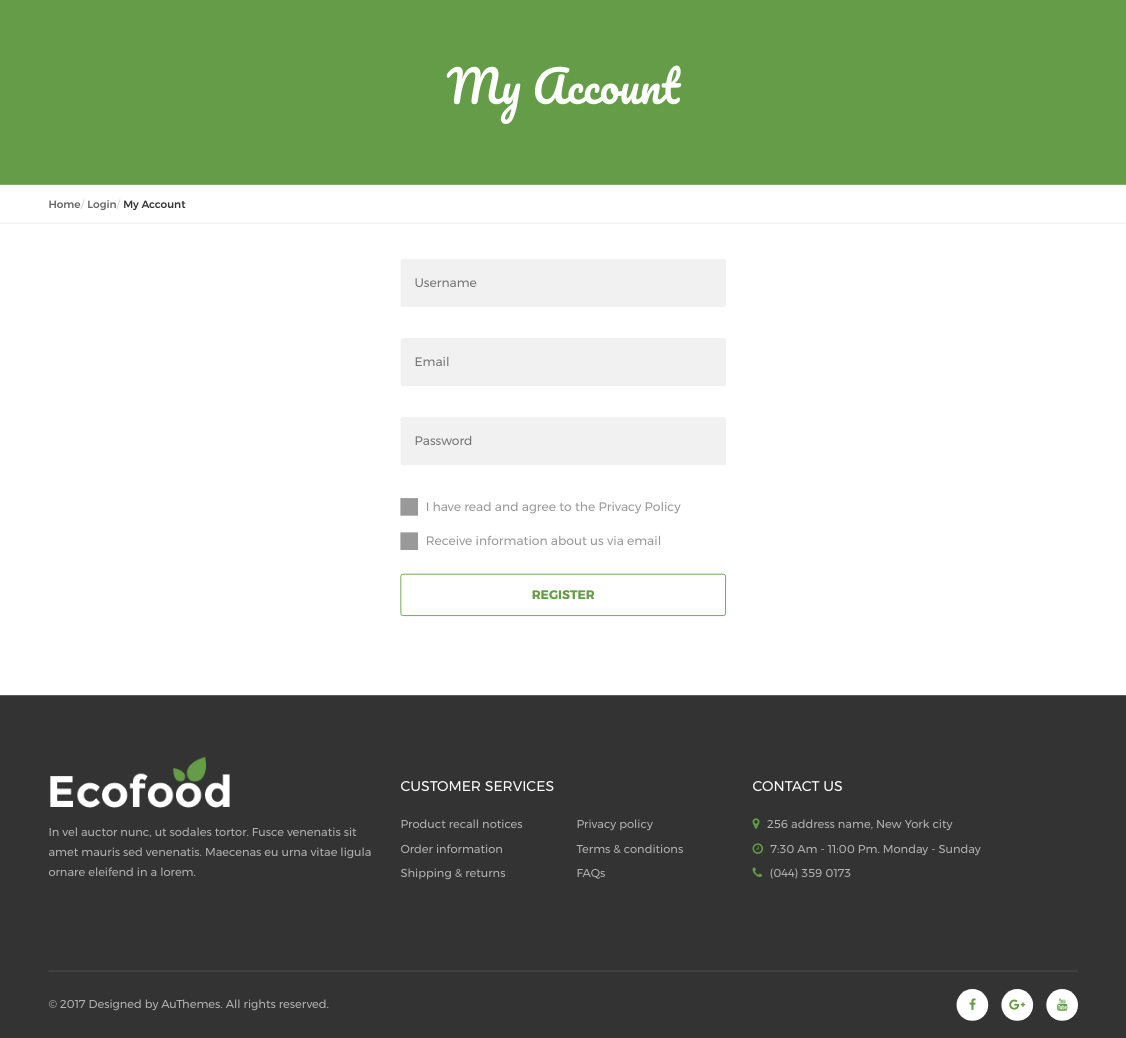
Repository: riteshyadav7878/ecofood
Page: http://localhost/register.php
An editor plug-in stored every save of this project. The page is shown before and after the next save, followed by the edit.
The browser window is 1280 px wide. The pictures show the whole page, at 88% of full size.
The page is run by PHP 8.4 with error messages shown; the project is at /var/www/html/. Other server files are loaded and not shown.

Above is the page before, as saved 2024-09-10 12:55:20.

### register.php
<!-- Backend -->
<?php
// Start session
session_start();

// Database connection
$conn = new mysqli('localhost', 'root', '', 'ecofood');

// Check connection
if ($conn->connect_error) {
    die("Connection failed: " . $conn->connect_error);
}

// Handling form submission
if ($_SERVER["REQUEST_METHOD"] == "POST") {
    // Get form data
    $username = $conn->real_escape_string(trim($_POST['username']));
    $email = $conn->real_escape_string(trim($_POST['email']));
    $password = $conn->real_escape_string(trim($_POST['password']));
    $receive_email_updates = isset($_POST['email-updates']) ? 1 : 0;

    // Password hashing for security
    $hashed_password = password_hash($password, PASSWORD_BCRYPT);

    // SQL query to insert data into the database
    $sql = "INSERT INTO user (username, email, password, receive_email_updates)
            VALUES ('$username', '$email', '$hashed_password', $receive_email_updates)";

    // Execute query
    if ($conn->query($sql) === TRUE) {
        // Redirect to login page after successful registration
        header("Location: login.php");
        exit();
    } else {
        echo "Error: " . $sql . "<br>" . $conn->error;
    }
}

// Close connection
$conn->close();
?>
<!DOCTYPE html>
<html class="no-js" lang="en">
<head>
    <meta charset="UTF-8">
    <title>Register - Ecofood HTML5 Templates</title>
    <meta name="description" content="Ecofood theme template">
    <meta name="author" content="AuCreative">
    <meta name="keywords" content="Ecofood theme template">
    <meta name="viewport" content="width=device-width, initial-scale=1">

    <link href="fonts/fonts.css" rel="stylesheet">
    <link href="vendor/font-awesome/css/font-awesome.min.css" rel="stylesheet">
    <link href="vendor/bootstrap/dist/css/bootstrap.min.css" rel="stylesheet">
    <link href="vendor/css-hamburgers/dist/hamburgers.min.css" rel="stylesheet">
    <link href="vendor/malihu-custom-scrollbar-plugin/jquery.mCustomScrollbar.css" rel="stylesheet">
    <link href="vendor/animate.css/animate.min.css" rel="stylesheet">
    <link href="css/main.css" rel="stylesheet">
    <link href="css/switcher.css" rel="stylesheet">
    <link href="css/colors/green.css" rel="stylesheet" id="colors">
    <link href="css/retina.css" rel="stylesheet">
    <link rel="shortcut icon" href="favicon.png">
    <link rel="apple-touch-icon" href="apple-touch-icon.png">
    <link rel="apple-touch-icon" sizes="72x72" href="apple-touch-icon-72x72.png">
    <link rel="apple-touch-icon" sizes="114x114" href="apple-touch-icon-114x114.png">
    <script src="js/modernizr-custom.js"></script>

    <style>
        . {
            border: 2px solid red;
        }
        .error-message {
            color: red;
            font-size: 0.875em;
            margin-top: 5px;
        }
    </style>
</head>
<body>
    <div class="page-loader">
        <div class="loader"></div>
    </div>
    <div id="switcher">
        <!-- Switcher content here -->
    </div>
    <header>
        <!-- Header content here -->
    </header>

    <!-- Include Navbar -->
    <?php include 'Navbar.php'; ?>

    <section>
        <div class="section primary-color-background">
            <div class="container">
                <div class="p-t-70 p-b-85">
                    <div class="heading-page-1">
                        <h3>My Account</h3>
                    </div>
                </div>
            </div>
        </div>
        <div class="section border-bottom-grey">
            <div class="container">
                <div class="breadcrumb-1">
                    <ul>
                        <li><a href="index.php">Home</a></li>
                        <li><a href="login.php">Login</a></li>
                        <li><a href="register.php">My Account</a></li>
                    </ul>
                </div>
            </div>
        </div>
    </section>

    <div class="page-content p-t-40 p-b-90">
        <div class="container">
            <div class="row">
                <div class="col-md-4 col-md-push-4">
                    <div class="register-1">
                        <form class="theme-form" action="register.php" method="post" onsubmit="return validateForm()">
                            <div class="form-group">
                                <input id="username" class="theme-input-text" type="text" name="username" placeholder="Username" />
                                <div id="username-error" class="error-message"></div>
                            </div>
                            <div class="form-group">
                                <input id="email" class="theme-input-text" type="email" name="email" placeholder="Email" />
                                <div id="email-error" class="error-message"></div>
                            </div>
                            <div class="form-group">
                                <input id="password" class="theme-input-text" type="password" name="password" placeholder="Password" />
                                <div id="password-error" class="error-message"></div>
                            </div>
                            <div class="theme-checkbox">
                                <div class="item theme-input-chk">
                                    <input id="privacy" type="checkbox" name="privacy" />
                                    <label for="privacy"></label>
                                    <span>I have read and agree to the Privacy Policy</span>
                                    <div id="privacy-error" class="error-message"></div>
                                </div>
                                <div class="item theme-input-chk">
                                    <input type="checkbox" id="email-updates" name="email-updates" />
                                    <label for="email-updates"></label>
                                    <span>Receive information about us via email</span>
                                </div>
                            </div>
                            <button class="au-btn au-btn-border au-btn-radius btn-block btn-submit" type="submit">REGISTER</button>
                        </form>
                    </div>
                </div>
            </div>
        </div>
    </div>

    <!-- Include Footer -->
    <?php include 'Footer.php'; ?>

    <div id="up-to-top">
        <i class="fa fa-angle-up"></i>
    </div>

    <script src="vendor/jquery/dist/jquery.min.js"></script>
    <script src="vendor/bootstrap/dist/js/bootstrap.min.js"></script>
    <script src="vendor/retinajs/dist/retina.min.js"></script>
    <script src="vendor/SmoothScroll/SmoothScroll.js"></script>
    <script src="js/switcher-custom.js"></script>
    <script src="js/owl-custom.js"></script>
    <script src="js/main.js"></script>

    <script>
    function validateForm() {
        // Clear previous errors
        clearErrors();

        // Get form elements
        const username = document.getElementById("username").value.trim();
        const email = document.getElementById("email").value.trim();
        const password = document.getElementById("password").value.trim();
        const privacy = document.getElementById("privacy").checked;

        let valid = true;

        // Validate username
        if (username === "") {
            showError("username", "Username is required.");
            valid = false;
        }

        // Validate email
        if (email === "" || !validateEmail(email)) {
            showError("email", "A valid email is required.");
            valid = false;
        }

        // Validate password
        if (password === "" || password.length < 6) {
            showError("password", "Password must be at least 6 characters long.");
            valid = false;
        }

        // Validate privacy checkbox
        if (!privacy) {
            showError("privacy", "You must agree to the Privacy Policy.");
            valid = false;
        }

        return valid;
    }

    function validateEmail(email) {
        const re = /^[^\s@]+@[^\s@]+\.[^\s@]+$/;
        return re.test(String(email).toLowerCase());
    }

    function showError(fieldId, message) {
        const field = document.getElementById(fieldId);
        const errorElement = document.getElementById(`${fieldId}-error`);
        field.classList.add("error-border");
        errorElement.textContent = message;
    }

    function clearErrors() {
        const fields = ["username", "email", "password", "privacy"];
        fields.forEach(id => {
            const field = document.getElementById(id);
            if (field) field.classList.remove("error-border");
            const errorElement = document.getElementById(`${id}-error`);
            if (errorElement) errorElement.textContent = "";
        });
    }
    </script>
</body>
</html>

### Footer.php
<footer>

<div class="footer-1 footer-2">
<div class="container">
<div class="row">
<div class="col-md-4 col-sm-4">
<div class="footer-introduce">
<div class="footer-logo">
<img src="images/icons/ic-logo-02.png" alt="logo ecofood" />
</div>
<div class="footer-intro">
<p>In vel auctor nunc, ut sodales tortor. Fusce venenatis sit amet mauris sed venenatis. Maecenas eu urna vitae ligula ornare eleifend in a lorem.</p>
</div>
</div>
</div>
<div class="col-md-4 col-sm-4">
<div class="footer-services">
<div class="footer-heading">
<h3>CUSTOMER SERVICES</h3>
</div>
<div class="row">
<div class="col-md-6">
<ul>
<li>
<a href="#">Product recall notices</a>
</li>
<li>
<a href="#">Order information</a>
</li>
<li>
<a href="#">Shipping & returns</a>
</li>
</ul>
</div>
<div class="col-md-6">
<ul>
<li>
<a href="#">Privacy policy</a>
</li>
<li>
<a href="#">Terms & conditions</a>
</li>
<li>
<a href="#">FAQs</a>
</li>
</ul>
</div>
</div>
</div>
</div>
<div class="col-md-4 col-sm-4">
<div class="footer-contact">
<div class="footer-heading">
<h3>CONTACT US</h3>
</div>
<ul>
<li>
<i class="fa fa-map-marker"></i>
<span>256 address name, New York city</span>
</li>
<li>
<i class="fa fa-clock-o"></i>
<span>7:30 Am - 11:00 Pm. Monday - Sunday</span>
</li>
<li>
<i class="fa fa-phone"></i>
<span>(044) 359 0173</span>
</li>
</ul>
</div>
</div>
</div>
<div class="footer-bottom">
<div class="footer-copyright">
<p>© 2017 Designed by AuThemes. All rights reserved.</p>
</div>
<ul class="footer-socials">
<li>
<a class="fa fa-facebook" href="#"></a>
</li>
<li>
<a class="fa fa-google-plus" href="#"></a>
</li>
<li>
<a class="fa fa-youtube" href="#"></a>
</li>
</ul>
</div>
</div>
</div>

</footer>

### fonts/fonts.css
@font-face{font-family:montserrat;font-style:normal;font-weight:200;src:url(Montserrat-normal-200.woff) format('woff');unicode-range:U+0-10FFFF}@font-face{font-family:montserrat;font-style:normal;font-weight:300;src:url(Montserrat-normal-300.woff) format('woff');unicode-range:U+0-10FFFF}@font-face{font-family:montserrat;font-style:normal;font-weight:400;src:url(Montserrat-normal-400.woff) format('woff');unicode-range:U+0-10FFFF}@font-face{font-family:montserrat;font-style:normal;font-weight:500;src:url(Montserrat-normal-500.woff) format('woff');unicode-range:U+0-10FFFF}@font-face{font-family:montserrat;font-style:normal;font-weight:600;src:url(Montserrat-normal-600.woff) format('woff');unicode-range:U+0-10FFFF}@font-face{font-family:montserrat;font-style:normal;font-weight:700;src:url(Montserrat-normal-700.woff) format('woff');unicode-range:U+0-10FFFF}@font-face{font-family:montserrat;font-style:normal;font-weight:800;src:url(Montserrat-normal-800.woff) format('woff');unicode-range:U+0-10FFFF}@font-face{font-family:montserrat;font-style:normal;font-weight:900;src:url(Montserrat-normal-900.woff) format('woff');unicode-range:U+0-10FFFF}@font-face{font-family:montserrat;font-style:italic;font-weight:100;src:url(Montserrat-italic-100.woff) format('woff');unicode-range:U+0-10FFFF}@font-face{font-family:montserrat;font-style:italic;font-weight:200;src:url(Montserrat-italic-200.woff) format('woff');unicode-range:U+0-10FFFF}@font-face{font-family:montserrat;font-style:italic;font-weight:300;src:url(Montserrat-italic-300.woff) format('woff');unicode-range:U+0-10FFFF}@font-face{font-family:montserrat;font-style:italic;font-weight:400;src:url(Montserrat-italic-400.woff) format('woff');unicode-range:U+0-10FFFF}@font-face{font-family:montserrat;font-style:italic;font-weight:500;src:url(Montserrat-italic-500.woff) format('woff');unicode-range:U+0-10FFFF}@font-face{font-family:montserrat;font-style:italic;font-weight:600;src:url(Montserrat-italic-600.woff) format('woff');unicode-range:U+0-10FFFF}@font-face{font-family:montserrat;font-style:italic;font-weight:700;src:url(Montserrat-italic-700.woff) format('woff');unicode-range:U+0-10FFFF}@font-face{font-family:montserrat;font-style:italic;font-weight:800;src:url(Montserrat-italic-800.woff) format('woff');unicode-range:U+0-10FFFF}@font-face{font-family:montserrat;font-style:italic;font-weight:900;src:url(Montserrat-italic-900.woff) format('woff');unicode-range:U+0-10FFFF}@font-face{font-family:pacifico;font-style:normal;font-weight:400;src:url(Pacifico-normal-400.woff) format('woff');unicode-range:U+0-10FFFF}

### css/switcher.css
#switcher .mCustomScrollbar{height:100%;width:100%;display:block}#switcher .mCustomScrollBox,#switcher .mCSB_container{overflow:visible}#switcher .mCustomScrollBox,#switcher .mCSB_container{overflow:visible}#switcher .mCSB_scrollTools{left:-20px}#switcher{color:#fff;padding:30px 10px;background:#333;position:fixed;top:0;left:0;z-index:9999;font-size:12px;width:300px;-webkit-box-sizing:border-box;-moz-box-sizing:border-box;box-sizing:border-box;margin-left:-300px;height:100%;-webkit-transition:all .3s;-o-transition:all .3s;-moz-transition:all .3s;transition:all .3s}#switcher.show{left:300px;-webkit-transition:all .3s;-o-transition:all .3s;-moz-transition:all .3s;transition:all .3s}#switcher .sw-title{display:block;font-size:16px;margin:10px 0}#switcher .btn-buy{color:#fff;display:block;text-align:center;padding:7px}#switcher span.switcher-cog{position:absolute;right:-30px;top:120px;display:block;width:40px;height:40px;padding:10px}#switcher span.switcher-cog:after{position:absolute;display:inline-block;width:40px;height:40px;padding:10px;background:#333;cursor:pointer;content:"\f013";font-family:fontawesome,serif;font-size:22px;font-weight:400;line-height:20px}#switcher #tm-color{padding:0;margin:0}#switcher #tm-color:after{content:"";display:table;clear:both}#switcher #tm-color li{list-style:none;display:inline-block;float:left;width:27px;height:25px;margin:0 2.5px 5px;background:#0c9;border-radius:2px;-moz-border-radius:2px;-webkit-border-radius:2px;cursor:pointer}#switcher #tm-color li.color1{background:#649c47}#switcher #tm-color li.color2{background:#d98031}#switcher #tm-color li.color3{background:#aaa733}#switcher #tm-color li.color4{background:#e1a4a5}#switcher #tm-color li.color5{background:#dd6946}#switcher #tm-color li.color6{background:#ca463d}#switcher #tm-color li.color7{background:#607442}#switcher .demo-homepage{margin:0;padding:0}#switcher .demo-homepage:after{content:"";display:table;clear:both}#switcher .demo-homepage li{display:inline-block;width:48%;margin:1%;float:left;position:relative}#switcher .demo-homepage li a{display:block;position:relative}#switcher .demo-homepage li:hover .popup-demo-homepage{visibility:visible;-webkit-transition:all .3s ease-in-out;-o-transition:all .3s ease-in-out;-moz-transition:all .3s ease-in-out;transition:all .3s ease-in-out;opacity:1;bottom:60%}#switcher .popup-demo-homepage{display:block;position:absolute;left:80%;width:460px;bottom:50%;border:5px solid #fff;z-index:999;-webkit-transition:all .3s ease-in-out;-o-transition:all .3s ease-in-out;-moz-transition:all .3s ease-in-out;transition:all .3s ease-in-out;visibility:hidden;opacity:0}#switcher .demo-homepage li a img{width:100%}

### css/retina.css
@media all and (-webkit-min-device-pixel-ratio:1.5){}

Loaded but not shown: css/main.css (library); css/colors/green.css (library); js/modernizr-custom.js (library); js/main.js (8 lines, source omitted); js/owl-custom.js (2 lines, source omitted); js/revo-slider-custom.js (2 lines, source omitted); js/switcher-custom.js (1 lines, source omitted); Navbar.php (178 lines, source omitted)

After the next save:
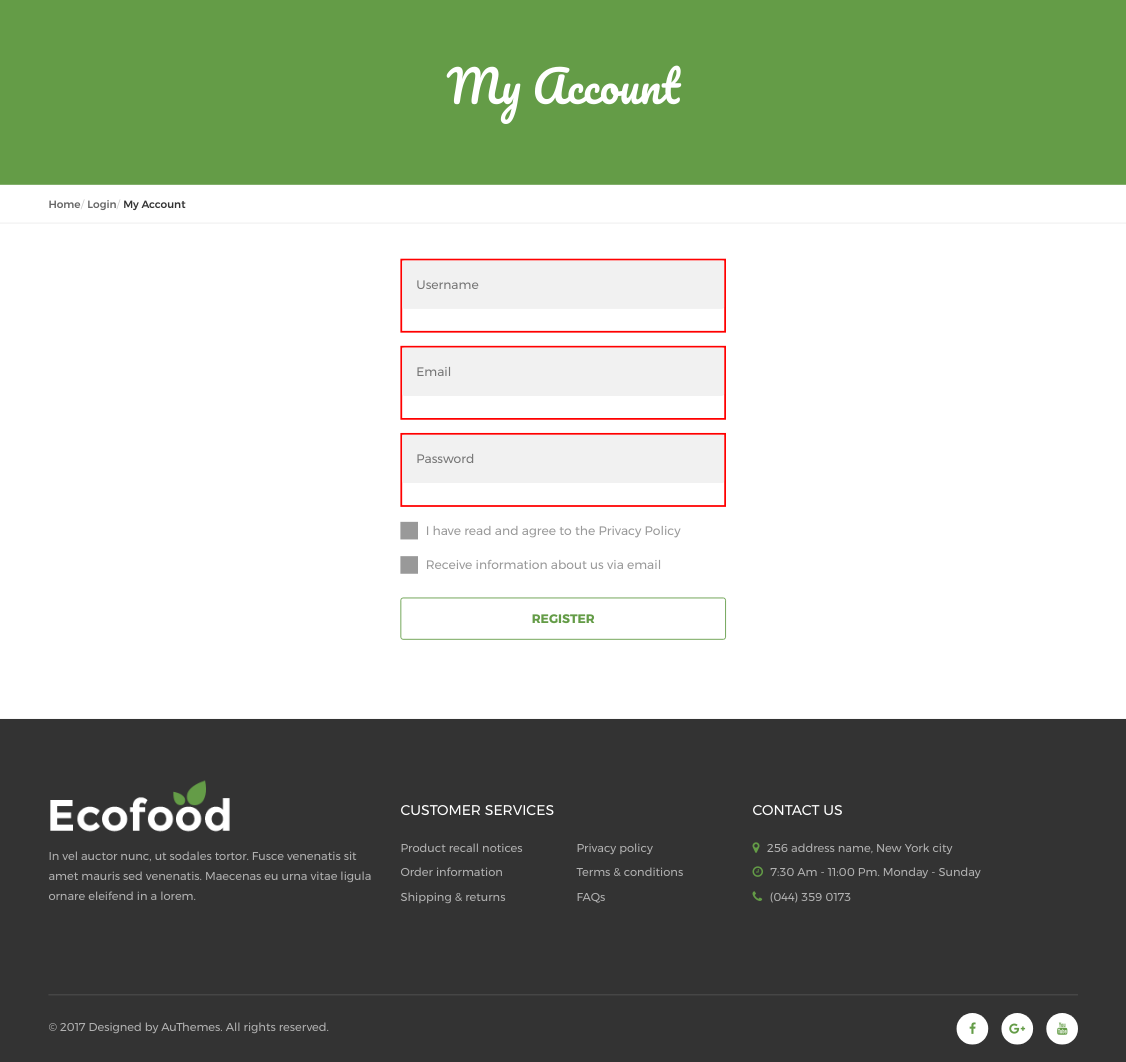
Saved 34 s later.
--- a/register.php
+++ b/register.php
@@ -66,7 +66,7 @@
     <script src="js/modernizr-custom.js"></script>
 
     <style>
-        . {
+        .form-group {
             border: 2px solid red;
         }
         .error-message {

After the save that followed:
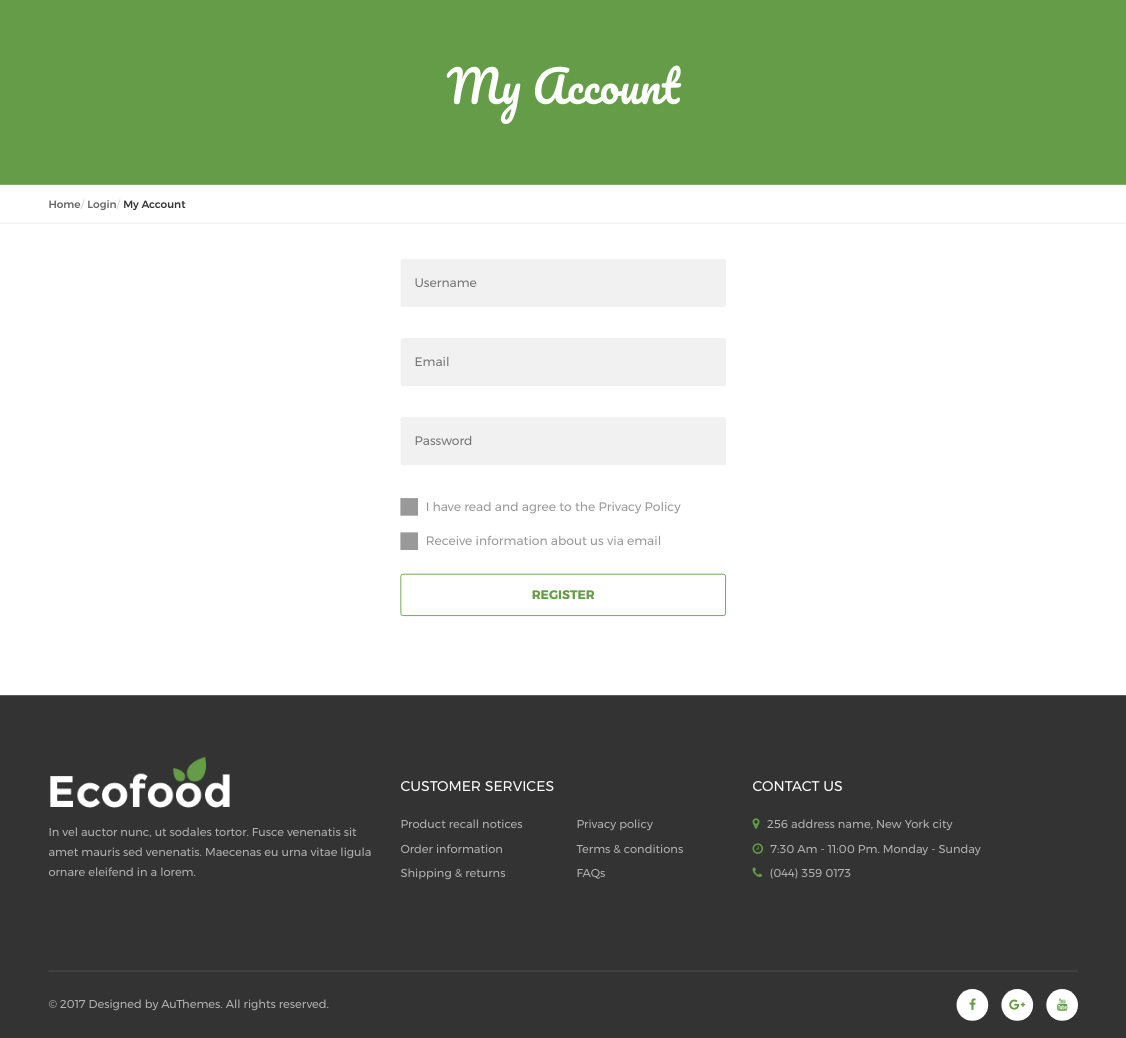
Saved 17 s later.
--- a/register.php
+++ b/register.php
@@ -66,7 +66,7 @@
     <script src="js/modernizr-custom.js"></script>
 
     <style>
-        .form-group {
+        . {
             border: 2px solid red;
         }
         .error-message {
